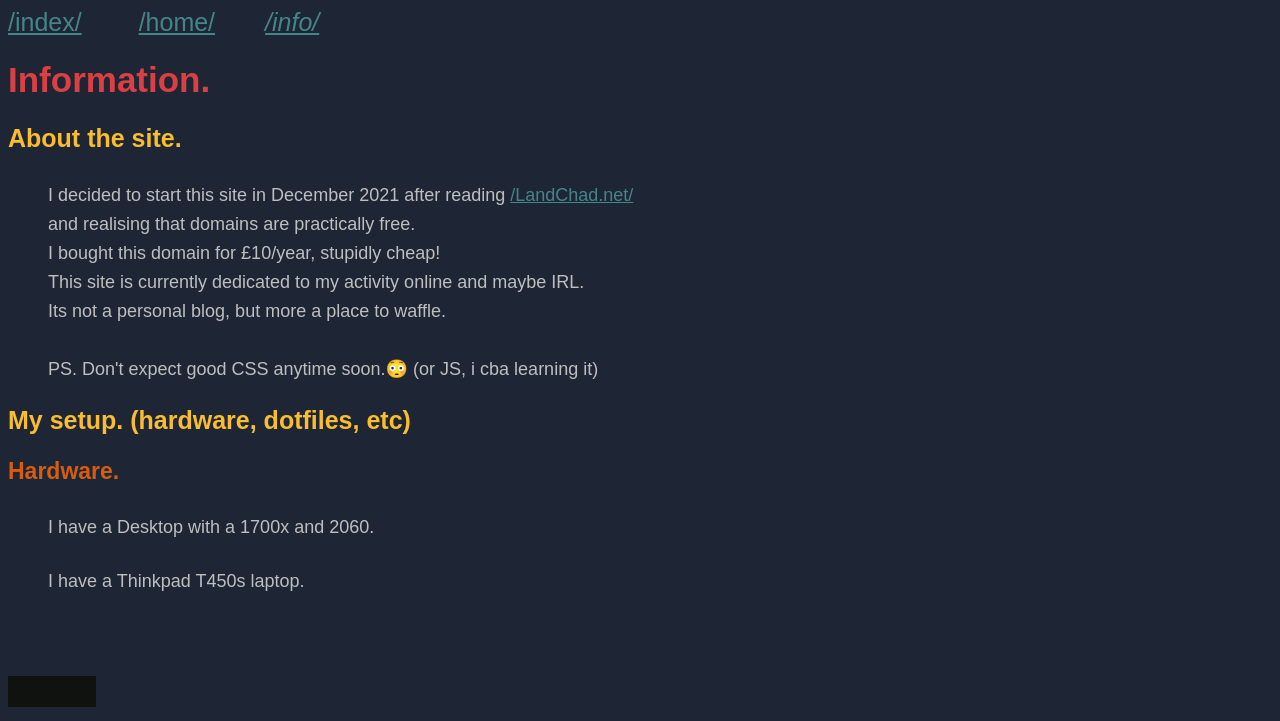
Repository: KieranCrossland/kierancrosslandxyz
Page: info.html
The author's editor kept a copy of each file at every save. The page is drawn from the files as they stood at one save, then again after the next save.
The browser window is 1280 px wide. The pictures show the whole page.

Above is the page before, as saved 2022-06-19 01:52:38.

After the next save:
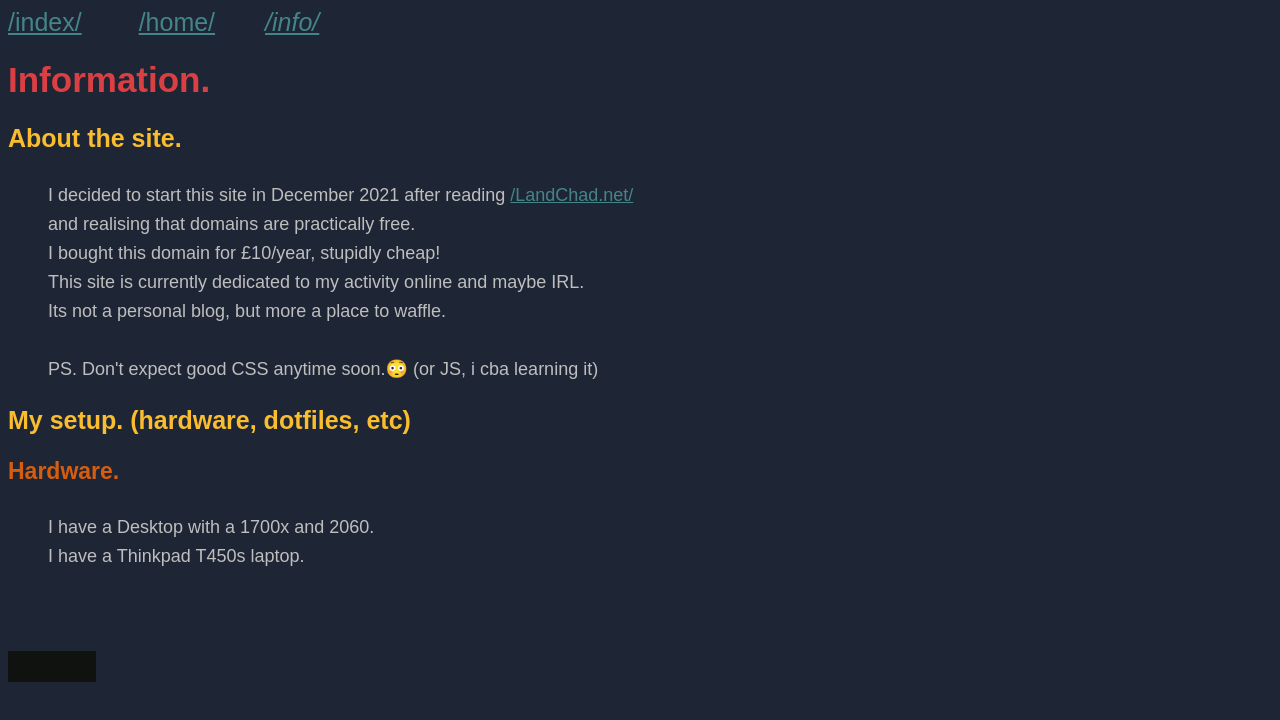
Saved 27 s later.
--- a/info.html
+++ b/info.html
@@ -82,8 +82,9 @@ h3 {
 <h2>My setup. (hardware, dotfiles, etc)</h2>
 <h3>Hardware.</h3>
 
-<ul><p1>I have a Desktop with a 1700x and 2060.</p1></ul>
-<ul><p1>I have a Thinkpad T450s laptop.</p1></ul>
+<ul><p1>I have a Desktop with a 1700x and 2060.<br>I have a Thinkpad T450s laptop.</p1></ul>
+<ul><p1></p1></ul>
+
 <br><br><a href="https://landchad.net" target="_blank">
  <img src="img/landchad.gif" width="88px" height="31px" alt=""/>
 
